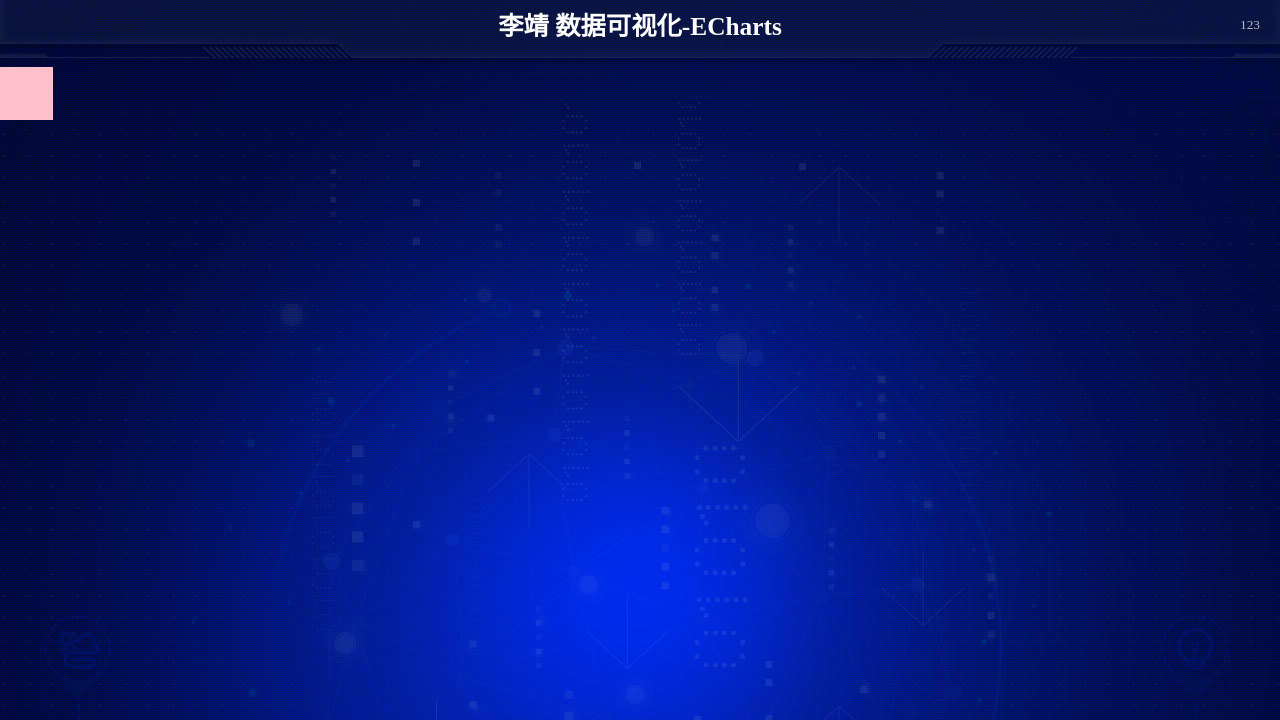
Repository: Jasonlee6789/ECharts
Page: Echarts/index.html
These files come from the project's save history. The page is drawn as it stood at one moment and after the next save; the edit follows.
The browser window is 1280 px wide. The pictures show the whole page.
The style sheet was rebuilt from its Sass, Less or Tailwind sources for each picture, by a compiler version that may differ from the author's.

Above is the page before, as saved 2020-05-21 15:47:55.

### Echarts/index.html
<!DOCTYPE html>
<html lang="en">

<head>
    <meta charset="UTF-8">
    <meta name="viewport" content="width=device-width, initial-scale=1.0">
    <title>ECharts-Jing</title>
    <link rel="stylesheet" href="css/index.css">

</head>

<body>
    <script src="flexible.js"></script>
    <header>
        <h1>李靖 数据可视化-ECharts</h1>
        <div class="showTime">123</div>
        <script>
            var t = null;
            t = setTimeout(time, 1000); // start running time
            function time() {
                clearTimeout(t); //清除定时器
                dt = new Date();
                var y = dt.getFullYear();
                var mt = dt.getMonth() + 1;
                var day = dt.getDate();
                var h = dt.getHours();
                var m = dt.getMinutes();
                var s = dt.getSeconds();

            }
        </script>
    </header>
    <div class="box"></div>
</body>

</html>

### Echarts/js/flexible.js
(function flexible(window, document) {
    var docEl = document.documentElement;
    var dpr = window.devicePixelRatio || 1;

    // adjust body font size
    function setBodyFontSize() {
        if (document.body) {
            document.body.style.fontSize = 12 * dpr + "px";
        } else {
            document.addEventListener("DOMContentLoaded", setBodyFontSize);
        }
    }
    setBodyFontSize();

    // set 1rem = viewWidth / 10 （默认屏幕划分10等份 1920/24=80）
    function setRemUnit() {
        var rem = docEl.clientWidth / 24;
        docEl.style.fontSize = rem + "px";
    }

    setRemUnit();

    // reset rem unit on page resize
    window.addEventListener("resize", setRemUnit);
    window.addEventListener("pageshow", function (e) {
        if (e.persisted) {
            setRemUnit();
        }
    });

    // detect 0.5px supports
    if (dpr >= 2) {
        var fakeBody = document.createElement("body");
        var testElement = document.createElement("div");
        testElement.style.border = ".5px solid transparent";
        fakeBody.appendChild(testElement);
        docEl.appendChild(fakeBody);
        if (testElement.offsetHeight === 1) {
            docEl.classList.add("hairlines");
        }
        docEl.removeChild(fakeBody);
    }
})(window, document);

### Echarts/css/index.less
// css 初始化
* {
    margin: 0;
    padding: 0;
    box-sizing: border-box;
}

.box {
    width: 1rem;
    height: 1rem;
    background-color: pink;
}

// li {
//     list-style: none;
// }

// /* 声明字体*/
// @font-face {
//     font-family: electronicFont;
//     src: url(../font/DS-DIGIT.TTF);
// }

body {
    background: url(../images/bg.jpg) no-repeat top center;
    line-height: 1.15;
}

header {
    position: relative;
    height: 1.25rem;
    background: url(../images/head_bg.png) no-repeat;
    background-size: 100% 100%;

    h1 {
        font-size: 0.475rem;
        color: #fff;
        text-align: center;
        line-height: 1rem;
    }

    .showTime {
        position: absolute;
        right: 0.375rem;
        top: 0;
        line-height: 0.9375rem;
        color: rgba(255, 255, 255, 0.7);
        font-size: 0.25rem;
    }
}

// // 页面主体盒子
// .mainbox {
//     display: flex;
//     min-width: 1024px;
//     max-width: 1920px;
//     margin: 0 auto;
//     padding: 0.125rem 0.125rem 0;

//     .column {
//         flex: 3;
//     }

//     .column:nth-child(2) {
//         flex: 5;
//         margin: 0 0.125rem 0.1875rem;
//         overflow: hidden;
//     }

//     .panel {
//         position: relative;
//         height: 3.875rem;
//         padding: 0 0.1875rem 0.5rem;
//         border: 1px solid rgba(25, 186, 139, 0.17);
//         margin-bottom: 0.1875rem;
//         background: url(../images/line\(1\).png) rgba(255, 255, 255, 0.03);

//         &::before {
//             position: absolute;
//             top: 0;
//             left: 0;
//             width: 10px;
//             height: 10px;
//             border-left: 2px solid #02a6b5;
//             border-top: 2px solid #02a6b5;
//             content: "";
//         }

//         &::after {
//             position: absolute;
//             top: 0;
//             right: 0;
//             width: 10px;
//             height: 10px;
//             border-right: 2px solid #02a6b5;
//             border-top: 2px solid #02a6b5;
//             content: "";
//         }

//         .panel-footer {
//             position: absolute;
//             bottom: 0;
//             left: 0;
//             width: 100%;

//             &::before {
//                 position: absolute;
//                 left: 0;
//                 bottom: 0;
//                 width: 10px;
//                 height: 10px;
//                 border-left: 2px solid #02a6b5;
//                 border-bottom: 2px solid #02a6b5;
//                 content: "";
//             }

//             &::after {
//                 position: absolute;
//                 bottom: 0;
//                 right: 0;
//                 width: 10px;
//                 height: 10px;
//                 border-right: 2px solid #02a6b5;
//                 border-bottom: 2px solid #02a6b5;
//                 content: "";
//             }
//         }

//         h2 {
//             height: 0.6rem;
//             color: #fff;
//             line-height: 0.6rem;
//             text-align: center;
//             font-size: 0.25rem;
//             font-weight: 400;

//             a {
//                 color: #fff;
//                 text-decoration: none;
//                 margin: 0 0.125rem;
//             }
//         }

//         .chart {
//             height: 3rem;
//         }
//     }
// }

// // no数字模块
// .no {
//     background: rgba(101, 132, 226, 0.1);
//     padding: 0.1875rem;

//     .no-hd {
//         position: relative;
//         border: 1px solid rgba(25, 186, 139, 0.17);

//         &::before {
//             position: absolute;
//             top: 0;
//             left: 0;
//             content: "";
//             width: 30px;
//             height: 10px;
//             border-top: 2px solid #02a6b5;
//             border-left: 2px solid #02a6b5;
//         }

//         &::after {
//             position: absolute;
//             bottom: 0;
//             right: 0;
//             content: "";
//             width: 30px;
//             height: 10px;
//             border-right: 2px solid #02a6b5;
//             border-bottom: 2px solid #02a6b5;
//         }

//         ul {
//             display: flex;

//             li {
//                 position: relative;
//                 flex: 1;
//                 line-height: 1rem;
//                 font-size: 0.875rem;
//                 color: #ffeb7b;
//                 text-align: center;
//                 font-family: "electronicFont";

//                 &::after {
//                     content: "";
//                     position: absolute;
//                     top: 25%;
//                     right: 0;
//                     height: 50%;
//                     width: 1px;
//                     background: rgba(255, 255, 255, 0.2);
//                 }
//             }
//         }
//     }

//     .no-bd {
//         ul {
//             display: flex;

//             li {
//                 flex: 1;
//                 text-align: center;
//                 color: rgba(255, 255, 255, 0.7);
//                 font-size: 0.225rem;
//                 height: 0.5rem;
//                 line-height: 0.5rem;
//                 padding-top: 0.125rem;
//             }
//         }
//     }
// }

// .map {
//     position: relative;
//     height: 10.125rem;

//     .map1 {
//         width: 6.475rem;
//         height: 6.475rem;
//         position: absolute;
//         top: 50%;
//         left: 50%;
//         transform: translate(-50%, -50%);
//         background: url(../images/map.png);
//         background-size: 100% 100%;
//         opacity: 0.3;
//     }

//     .map2 {
//         position: absolute;
//         top: 50%;
//         left: 50%;
//         transform: translate(-50%, -50%);
//         width: 8.0375rem;
//         height: 8.0375rem;
//         background: url(../images/lbx.png);
//         animation: rotate1 15s linear infinite;
//         opacity: 0.6;
//         background-size: 100% 100%;
//     }

//     .map3 {
//         position: absolute;
//         top: 50%;
//         left: 50%;
//         transform: translate(-50%, -50%);
//         width: 7.075rem;
//         height: 7.075rem;
//         background: url(../images/jt.png);
//         animation: rotate2 10s linear infinite;
//         opacity: 0.6;
//         background-size: 100% 100%;
//     }

//     .chart {
//         position: absolute;
//         top: 0;
//         left: 0;
//         // background-color: pink;
//         width: 100%;
//         height: 10.125rem;
//     }

//     @keyframes rotate1 {
//         form {
//             transform: translate(-50%, -50%) rotate(0deg);
//         }

//         to {
//             transform: translate(-50%, -50%) rotate(360deg);
//         }
//     }

//     @keyframes rotate2 {
//         form {
//             transform: translate(-50%, -50%) rotate(0deg);
//         }

//         to {
//             transform: translate(-50%, -50%) rotate(-360deg);
//         }
//     }
// }

// /* 约束屏幕尺寸 */
// @media screen and (max-width: 1024px) {
//     html {
//         font-size: 42px !important;
//     }
// }

// @media screen and (min-width: 1920px) {
//     html {
//         font-size: 80px !important;
//     }
// }

After the next save:
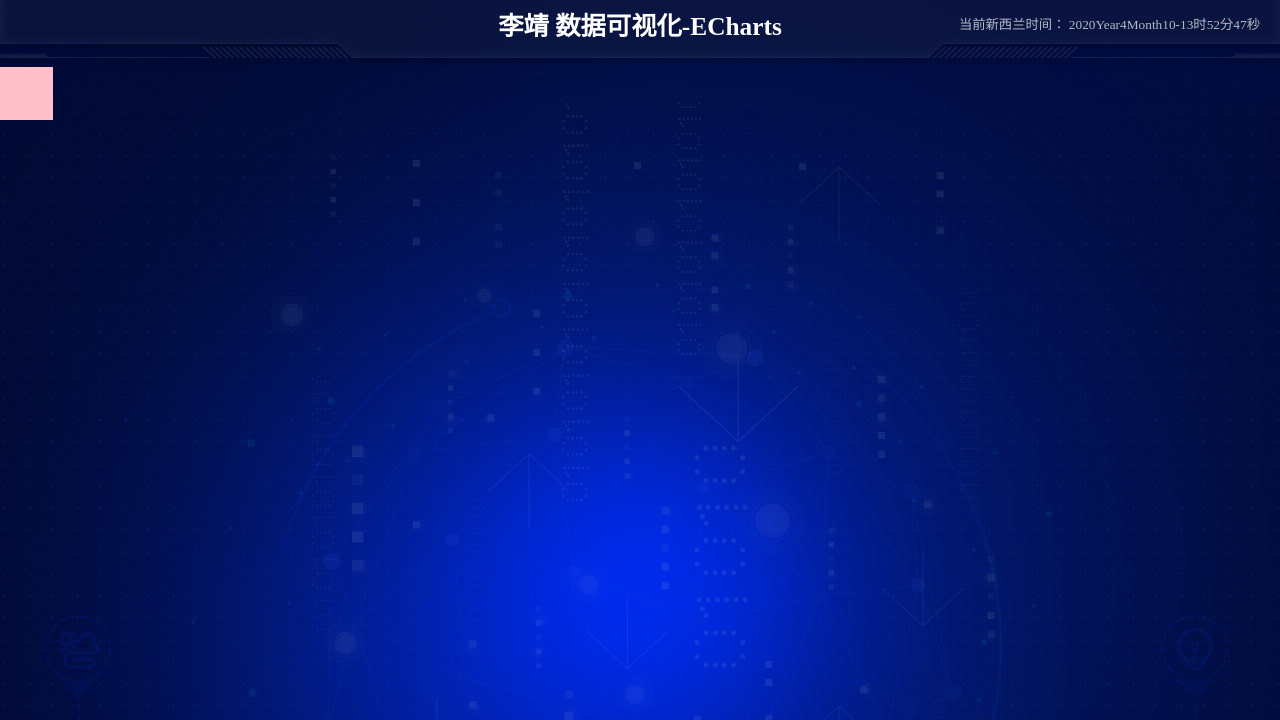
Console error: ReferenceError: tme is not defined
Saved 4 min 16 s later.
--- a/Echarts/index.html
+++ b/Echarts/index.html
@@ -26,7 +26,9 @@
                 var h = dt.getHours();
                 var m = dt.getMinutes();
                 var s = dt.getSeconds();
-
+                document.querySelector(".showTime").innerHTML = "当前新西兰时间： " + y + "Year" + mt + "Month" +
+                    day + "-" + h + "时" + m + "分" + s + "秒";
+                t = setTimeout(tme, 1000); //设置定时器，循环运行
             }
         </script>
     </header>
